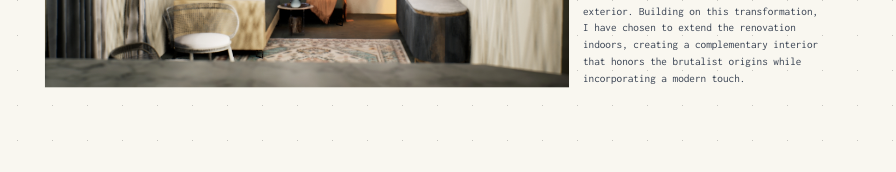
Repository: BBRRE/Portfolio-V2
Page: /#/Architecture
The author's editor kept a copy of each file at every save. The page is drawn from the files as they stood at one save, then again after the next save.
The browser window is 1280 px wide. The pictures show the part of the page from y = 474 to 2394 px (the page is 720 px tall before and 4006 px after), at 70% of full size.
Some web fonts or font styles are not loaded; a fallback is used. The project was rebuilt for these pictures with package versions that can differ from the ones it lists, and the page was loaded fresh each time. Also part of the build but not shown: vite.config.js, src/Subjects/CompSci.jsx, src/Subjects/EEng.jsx, src/Subjects/Other.jsx, src/Projects Overview.jsx, src/HomePage.jsx, src/ErrorBoundary.jsx.

Above is the page before, as saved 2024-11-26 19:09:53.

### index.html
<!doctype html>
<html lang="en">
  <head>
    <meta charset="UTF-8" />
    <link rel="icon" type="image/svg+xml" href="src\assets\letter-bb.svg" />
    <link href="https://fonts.googleapis.com/css2?family=Inconsolata&family=Italiana&family=Hubballi&family=Julius+Sans+One&display=swap" rel="stylesheet">
    <link rel="preconnect" href="https://fonts.googleapis.com" />
<link rel="preconnect" href="https://fonts.gstatic.com" crossorigin />
<link
  rel="stylesheet"
  href="https://fonts.googleapis.com/css2?family=Roboto:wght@300;400;500;700&display=swap"
/>
<link
  rel="stylesheet"
  href="https://fonts.googleapis.com/icon?family=Material+Icons"
/>

    <meta name="viewport" content="width=device-width, initial-scale=1.0" />
    <title>Bilaal Bare</title>
  </head>
  <body>
    <div id="root"></div>
    <script type="module" src="/src/main.jsx"></script>
  </body>
</html>

### src/main.jsx
import React from 'react'
import ReactDOM from 'react-dom/client'
import App from './App'
import ErrorBoundary from './ErrorBoundary'
import './index.css'

ReactDOM.createRoot(document.getElementById('root')).render(
  <React.StrictMode>
    <ErrorBoundary>
      <App />
    </ErrorBoundary>
  </React.StrictMode>
)

### src/App.jsx
import { HashRouter as Router, Routes, Route } from 'react-router-dom';
import Archi from './Subjects/Archi.jsx'
import CompSci from './Subjects/CompSci.jsx'
import EEng from './Subjects/EEng.jsx'
import Other from './Subjects/Other.jsx'
import { HomePage } from './HomePage'
import { useState, useEffect } from 'react'

function App() {
  useEffect(() => {
    console.log('App component mounted')
  }, [])

  return (
    <Router>
        <Routes>
          <Route path="/" element={<HomePage />} />
          <Route path="/Architecture" element={<Archi />} />
          <Route path="/Electronic-Eng" element={<EEng />} />
          <Route path="/Computer-Sci" element={<CompSci />} />
          <Route path="/Other" element={<Other />} />
        </Routes>
    </Router>
  )
}

export default App

### src/index.css
@tailwind base;
@tailwind components;
@tailwind utilities;

@layer utilities {
  .bg-dot-pattern {
    background-image: radial-gradient(circle, rgba(0, 0, 0, 0.2) 1px, transparent 1px);
    background-size: 50px 50px; /* Adjust the spacing here */
  }
}

### src/Subjects/Archi.jsx
import React, { useState, useEffect } from 'react';
import { motion } from "framer-motion";
import archi from "../assets/arch.jpg";
import old from "../assets/Old.jpg";
import newL from "../assets/New.jpg";
import render1 from "../assets/NewLevelSequence.0001.jpeg"
import render2 from "../assets/NewLevelSequence.0002.jpeg"
import render3 from "../assets/NewLevelSequence.0003.jpeg"
import render4 from "../assets/NewLevelSequence.0004.jpeg"
import render5 from "../assets/NewLevelSequence.0005.jpeg"
import kitchen from "../assets/Kitchene.PNG";
import balcony from "../assets/Balconye.PNG";
import bathroom from "../assets/Bathroome.PNG";

const Arcchi = () => {
  const [isExpanded, setIsExpanded] = useState(false);
  const [delayedExpanded, setDelayedExpanded] = useState(false);

  useEffect(() => {
    let timer;
    if (isExpanded) {setDelayedExpanded(true)
    } else {
      timer = setTimeout(() => setDelayedExpanded(false), 1000);
    }
    return () => clearTimeout(timer);
  }, [isExpanded]);

  const containerVariants = {
    hidden: {
      y: -100,
      opacity: 0
    },
    visible: {
      y: 0,
      opacity: 1,
      transition: {
        type: "spring",
        damping: 20,
        stiffness: 100,
        duration: 1
      }
    }
  };
  // Separate variants for mobile and desktop
  const imageVariants = {
    initial: {
      width: '65%',
      x: 0,
      transition: { duration: 2 }
    },
    expanded: {
      width: '100%',
      x: 0,
      transition: { duration: 2 }
    }
  };

  // Desktop-specific variants
  const desktopImageVariants = {
    initial: {
      width: '65%',
      x: 0,
      transition: { duration: 2 }
    },
    expanded: {
      width: '100%',
      x: '15%',
      transition: { duration: 2 }
    }
  };

  const textVariants = {
    initial: { opacity: 1, y: 0 },
    fading: { opacity: 0, transition: { duration: 0.5 } },
    appearing: { opacity: 1, y: '-50%', transition: { duration: 0.5 } }
  };

  return (
    <div className={`bg-[#F9F7F0] bg-dot-pattern font-inconsolata w-full min-h-screen overflow-hidden ${isExpanded ? '' : 'h-screen '} `}>
      <motion.div
        className="flex flex-col pt-[60px] md:pt-[100px] gap-4 md:gap-8 w-full"
        initial="hidden"
        animate="visible"
        variants={containerVariants}
      >
        <div className="flex w-full mx-auto max-w-[1200px] flex-col px-4 md:px-6">
          {/* Initial hero section */}
          <div
            className="flex flex-col md:flex-row w-full mx-auto max-w-[1200px] h-[60vh] md:h-[80vh] cursor-pointer relative z-10"
            onClick={() => setIsExpanded(!isExpanded)}
          >
            {/* Mobile Image */}

            <motion.img
              className="object-contain rounded-sm z-10 mx-auto md:hidden"
              src={render1}
              initial="initial"
              animate={isExpanded ? "expanded" : "initial"}
              variants={imageVariants}
            />

            {/* Desktop Image */}
            <motion.img
              className="hidden md:block object-contain rounded-sm z-10"
              src={render1}
              initial="initial"
              animate={isExpanded ? "expanded" : "initial"}
              variants={desktopImageVariants}
            />

            <motion.div
              className="w-full md:w-1/3 p-4 md:pl-[20px] md:pt-[20px] my-auto"
              initial="initial"
              animate={isExpanded ? "fading" : "initial"}
              variants={textVariants}
            >
              <h1 className="text-xl md:text-2xl font-semibold mb-4">Redesigning the layout of an apartment</h1>
              <p className="text-gray-700 leading-relaxed text-sm md:text-base z-10">
              Many UK tower blocks were built in the 1960s to address the post-war housing shortage. These structures embraced the brutalist architectural style, characterized by concrete construction, sharp edges and simple silhouettes,
               with a primary focus on functionality rather than aesthetics. Recently, a renovation introduced a minimalist black-and-white exterior. Building on this transformation, I have chosen to extend the renovation indoors,
                creating a complementary interior that honors the brutalist origins while incorporating a modern touch.
              </p>
            </motion.div>
          </div>

          {/* Expanded grid section */}
          <motion.div
            className={`w-full max-w-[1200px] mx-auto transition-all duration-1000 ease-in-out
              ${isExpanded ? 'opacity-100 mt-[-200px] md:mt-8' : 'opacity-0 mt-[-400px]'}
              `}
          >
            <div className="grid grid-cols-1 md:grid-cols-2 gap-8 md:gap-16 p-4 md:p-8 justify-center">
              {/* Balcony Section */}
              <div className="flex flex-col space-y-4 md:space-y-6">
              <img
                  src={balcony}
                  alt="Balcony view"
                  className="w-full max-w-[400px] h-auto object-cover rounded-lg shadow-lg mx-auto"
                />
                <img
                  src={render5}
                  alt="Balcony view"
                  className="w-full max-w-[400px] h-auto object-cover rounded-lg shadow-lg mx-auto"
                />
                <div className="space-y-2 md:space-y-4 px-4 md:px-0">
                  <h2 className="text-lg md:text-xl font-semibold">Balcony Transformation</h2>
                  <p className="text-gray-700 leading-relaxed text-sm md:text-base">
                  What appeared to be a balcony was actually an awkward space connecting the main bedroom to the living room.
                   Despite not protruding from the building's facade, this area had defaulted to storage use. By removing this space,
                    I was able to expand the smaller bedrooms and provide them with direct access to exterior windows. The responsibility of storage would be removed from balcony and distrabuted accross the home
                     requiring alternative storage solutions to be disscused later.
                  </p>
                </div>
              </div>

              {/* Kitchen Section */}
              <div className="flex flex-col space-y-4 md:space-y-6 md:mt-[200px]">
                <img
                  src={kitchen}
                  alt="Balcony view"
                  className="w-full max-w-[400px] h-auto object-cover rounded-lg shadow-lg mx-auto"
                />
                <img
                  src={render2}
                  alt="Kitchen design"
                  className="w-full max-w-[400px] h-auto object-cover rounded-lg shadow-lg mx-auto"
                />
                <div className="space-y-2 md:space-y-4 px-4 md:px-0">
                  <h2 className="text-lg md:text-xl font-semibold">Modern Kitchen Design</h2>
                  <p className="text-gray-700 leading-relaxed text-sm md:text-base">
                    The kitchen was and small narrow with one small window, and despite it's size it was being used as also being used as a laundry
                    room. I decided to expand the kitchen out into the living room and incorporate a large window to not only help with ventilation but
                    to bring some natural light giving a more enjoyable cooking experience. I also removed many small storage rooms in the kitchen and repurposed
                    it into one large laundry / storage room. This alleviates some stress off the kitchen, and as the door is angled away from the kitchen you wouldn't be
                     interupted while baking. The larger laundry / storage room would act as the central storage and as each bedroom is now larger, there would be
                     space for separated storage within each room.
                  </p>
                </div>
              </div>

              {/* Bathroom Section */}
              <div className="flex flex-col space-y-4 md:space-y-6 md:my-[-300px]">
              <img
                  src={bathroom}
                  alt="Balcony view"
                  className="w-full max-w-[400px] h-auto object-cover rounded-lg shadow-lg mx-auto"
                />
                <img
                  src={render3}
                  alt="Bathroom design"
                  className="w-full max-w-[400px] h-auto object-cover rounded-lg shadow-lg mx-auto"
                />
                <div className="space-y-2 md:space-y-4 px-4 md:px-0">
                  <h2 className="text-lg md:text-xl font-semibold">Luxurious Bathroom</h2>
                  <p className="text-gray-700 leading-relaxed text-sm md:text-base">
                    The bathroom was 2 seperate small rooms, while it came with it's advantages, could be used in parralell, it also had many disadvantages, including the small size.
                     A combined washroom gives you a larger space and with the additional
                    divider it would provide the benifit of seperating the toilet from the bathroom. Within the neighberhood this tower block
                    resides, it is very common to have a pair of crocs / flip flops in the bathroom, with the new sliding doors the sandlas can remain
                    at the enterance while you both open and close the door.
                  </p>
                </div>
              </div>

              {/* Floor Plan Section */}
              <div className="flex flex-col space-y-4 md:space-y-6">
                <div className="h-auto md:h-auto bg-white rounded-lg shadow-lg p-4 md:p-6 md:mt-[450px]">
                  <h2 className="text-lg md:text-xl font-semibold mb-2 md:mb-4">Floor Plans & Technical Details</h2>
                  <p className="text-gray-700 leading-relaxed text-sm md:text-base ">
                  Built in the 1960s, this tower block features a typical construction style of its era: load-bearing exterior
                  walls and central columns, with non-load-bearing interior walls. This structural arrangement provided complete freedom
                  in redesigning the interior layout to meet modern living standards. Both the old and renovated floor plan, created in AutoCAD, is shown below.
                  </p>
                </div>
              </div>

              {/* Final Image */}
              <img
                src={old}
                className="col-span-1 md:col-span-2 mt-8 w-full max-w-[1200px] mb-[-50px] mx-auto rounded-lg shadow-lg"
                alt="New Layout"
              />
              <img
                src={newL}
                className="col-span-1 md:col-span-2 mt-8 w-full max-w-[1200px] mb-[100px] mx-auto rounded-lg shadow-lg"
                alt="New Layout"
              />
            </div>
          </motion.div>
        </div>
      </motion.div>
    </div>
  );
};

export default Arcchi;

### tailwind.config.js
/** @type {import('tailwindcss').Config} */
export default {
    darkMode: ["class"],
    content: ["index.css",
  "./src/**/*.{js,ts,jsx,tsx}",],
  theme: {
  	extend: {
  		backgroundImage: {
  			noise: "url('/src/assets/nnnoise.svg')",
  			undulate: "url('/src/assets/uuundulate.svg')"
  		},
  		fontFamily: {
  			inconsolata: ['Inconsolata', 'monospace'],
  			italiana: ['Italiana', 'serif'],
  			hubballi: ['Hubballi', 'cursive'],
  			julius: ['Julius Sans One"', 'sans-serif']
  		},
      keyframes: {
        fadeIn: {
          '0%': { opacity: '0' },
          '100%': { opacity: '1' },
        },
      }
  	}
  }
}

After the next save:
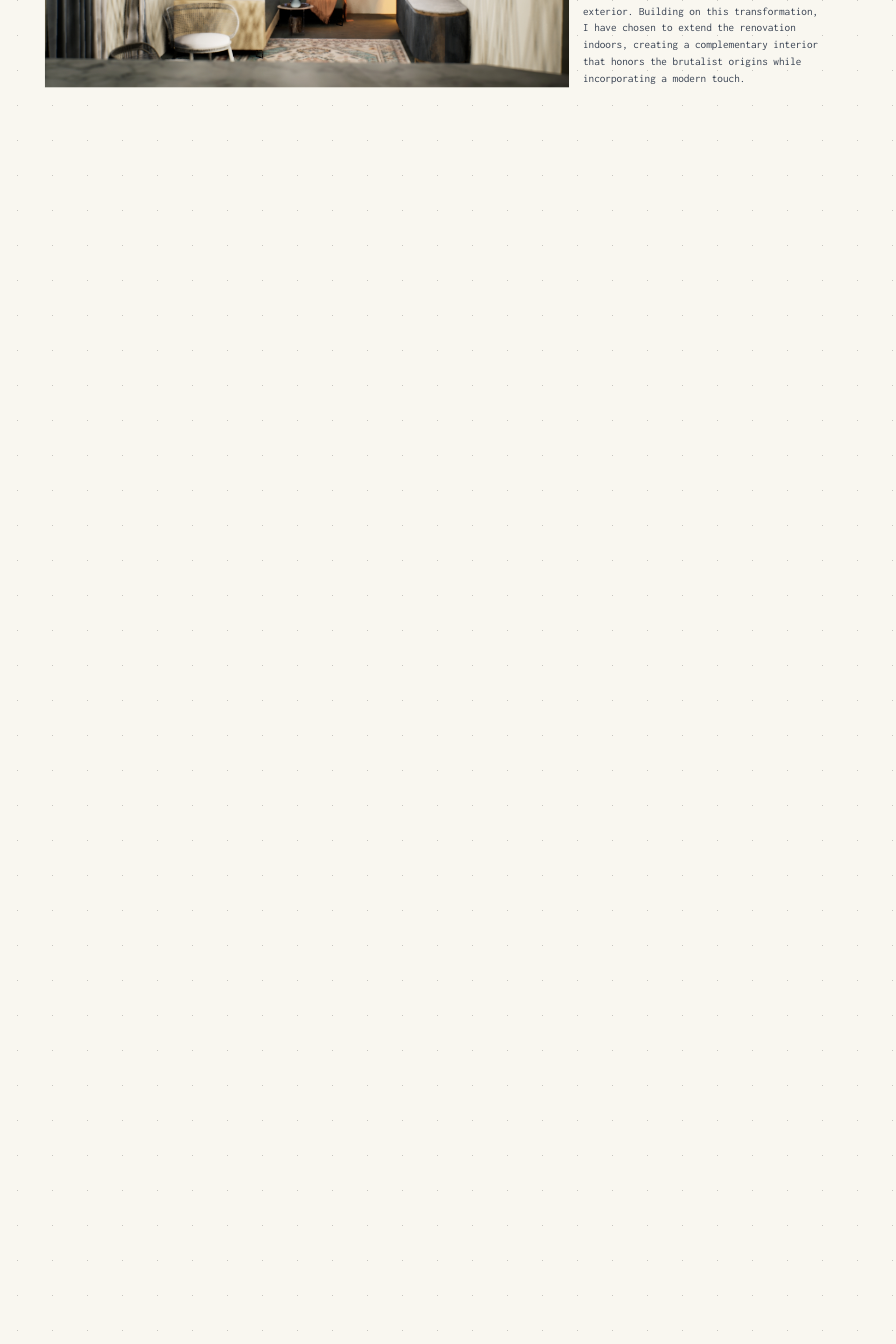
Saved 41 s later.
--- a/src/Subjects/Archi.jsx
+++ b/src/Subjects/Archi.jsx
@@ -76,7 +76,7 @@ const Arcchi = () => {
   };
 
   return (
-    <div className={`bg-[#F9F7F0] bg-dot-pattern font-inconsolata w-full min-h-screen overflow-hidden ${isExpanded ? '' : 'h-screen '} `}>
+    <div className={`bg-[#F9F7F0] bg-dot-pattern font-inconsolata w-full overflow-hidden `}>
       <motion.div
         className="flex flex-col pt-[60px] md:pt-[100px] gap-4 md:gap-8 w-full"
         initial="hidden"
